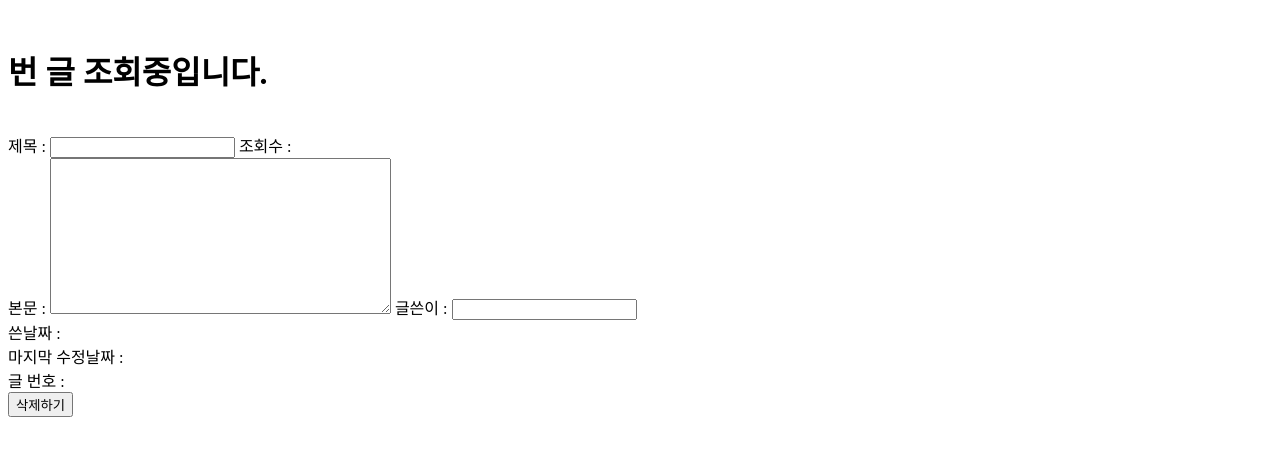
Repository: HeeMang28/jsp2
Page: http://localhost/MyFirstWeb/board/boardDetail.jsp
The author's editor kept a copy of each file at every save. The page is drawn from the files as they stood at one save, then again after the next save.
The browser window is 1280 px wide. The pictures show the whole page.
The page is served by Tomcat 9. The template is opened directly, without the code that normally fills it, so the values that code supplies are empty.

Above is the page before, as saved 2022-04-20 10:02:51.

After the next save:
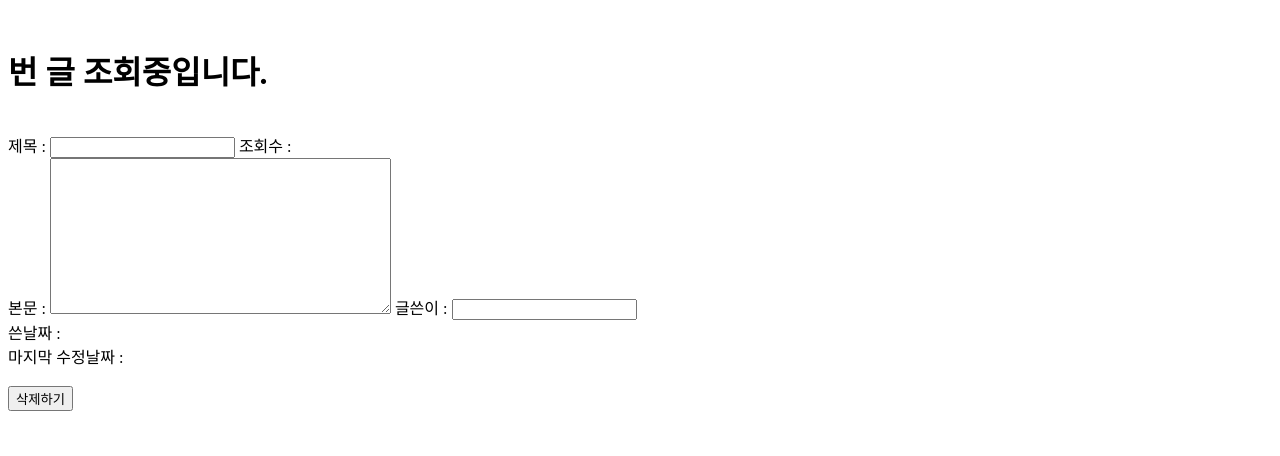
Saved 13 s later.
--- a/MyFirstWeb/src/main/webapp/board/boardDetail.jsp
+++ b/MyFirstWeb/src/main/webapp/board/boardDetail.jsp
@@ -15,7 +15,7 @@
 	쓴날짜 : ${board.bDate } <br/>
 	마지막 수정날짜 : ${board.mDate }<br/>
 	<form action="/MyFirstWeb/BoardDelete" method="post">
-	글 번호 : <input type="hidden" value="number"/><br/>
+	<input type="hidden" name="number" value/><br/>
 	<input type="submit" value="삭제하기" />
 	</form>
 </body>
